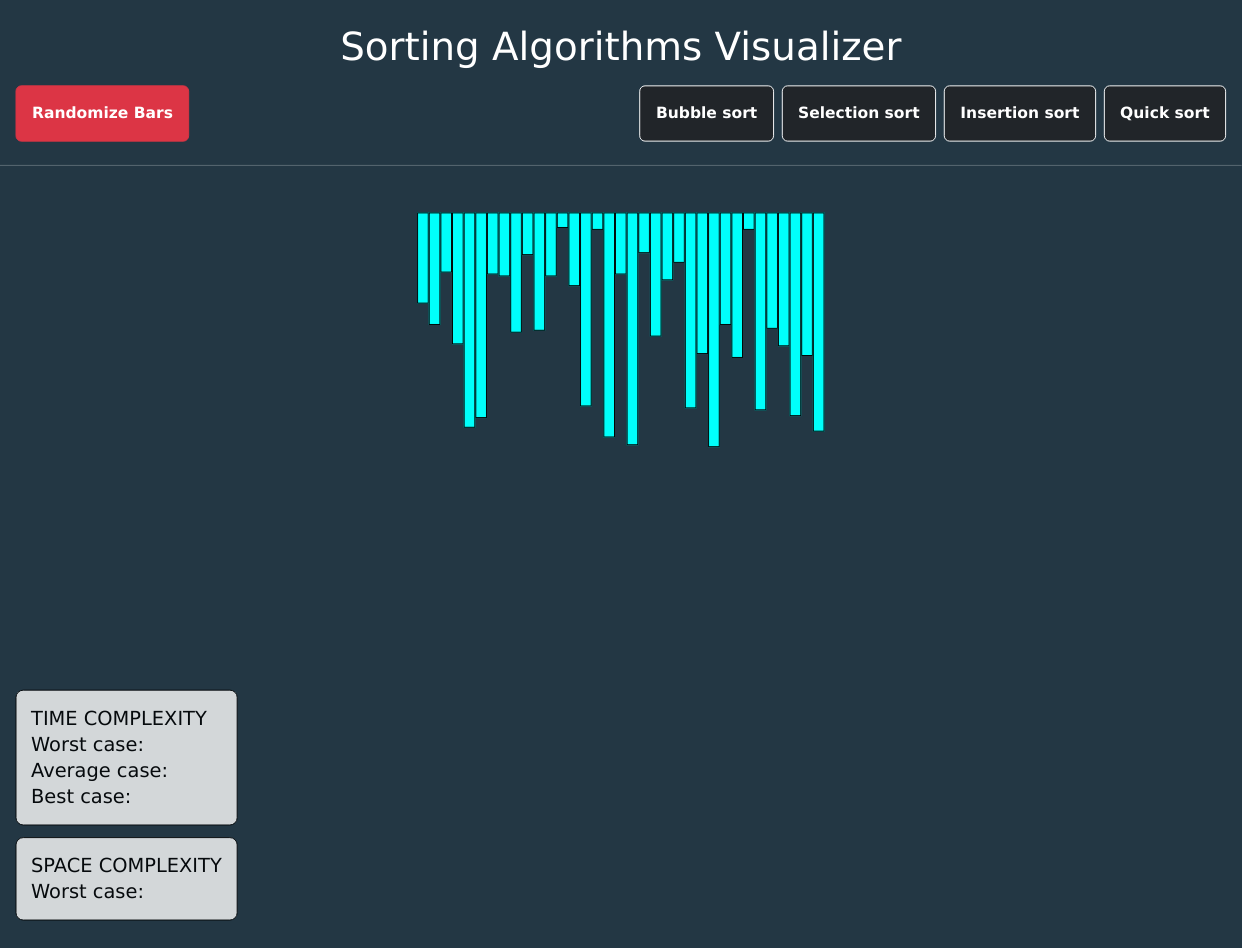
Repository: Vasil1001/Sorting-Algorithms-Visualizer-js
Page: views/index.html
An editor plug-in stored every save of this project. The page is shown before and after the next save, followed by the edit.
The browser window is 1280 px wide. The pictures show the whole page, at 97% of full size.

Above is the page before, as saved 2022-11-05 15:55:34.

### views/index.html
<!doctype html>
<html lang="en">

<head>
  <meta charset="utf-8">
  <meta name="viewport" content="width=device-width, initial-scale=1">

  <title>Sorting Algorithms Visualizer</title>

  <!-- Import css & bootstrap-->
  <link href="https://cdn.jsdelivr.net/npm/bootstrap@5.2.2/dist/css/bootstrap.min.css" rel="stylesheet"
    integrity="sha384-Zenh87qX5JnK2Jl0vWa8Ck2rdkQ2Bzep5IDxbcnCeuOxjzrPF/et3URy9Bv1WTRi" crossorigin="anonymous">
  <link rel="stylesheet" href="/css/base.css">

</head>

<body>

  <h1 align="center" class="mt-4">Sorting Algorithms Visualizer</h1>

  <nav class="navbar navbar-expand-lg">

    <div class="container-fluid">
      <button type="button" class="btn btn-danger mx-1 p-3 " id="new_array" style="color: white;"><b>Randomize Bars </b>
      </button>
      <ul class="navbar-nav">
        <li class="nav-item">
          <button type="button" class="btn btn-dark border-light mx-1 p-3 " id="bubble_sort"
            style="color: white;"><b>Bubble sort</b> </button>
        </li>
        <li class="nav-item">
          <button type="button" class="btn btn-dark border-light mx-1 p-3 " id="selection_sort"
            style="color: rgb(255, 255, 255);">
            <b>Selection sort</b></button>
        </li>
        <li class="nav-item">
          <button type="button" class="btn btn-dark border-light mx-1 p-3 " id="insertion_sort" style="color: white;">
            <b>Insertion sort</b></button>
        </li>
        <li class="nav-item">
          <button type="button" class="btn btn-dark border-light mx-1 p-3 " id="quick_sort" style="color: white;">
            <b>Quick sort</b></button>
        </li>

      </ul>
    </div>
  </nav>

  <hr style="color: white;">

  <h3 align="center" class="mt-4" id="algorithm_running"></h1>

  <div id="bars" class="bars flex-container p-4"></div>

  <div id="boxes">

    <div id="leftbox">
      <div id="box1">
        <h5>TIME COMPLEXITY</h5>
        <div>
          <h5>Worst case: </h5>
          <h5 id="worst_time"></h5>
        </div>
        <div>
          <h5>Average case: </h5>
          <h5 id="average_time"></h5>
        </div>
        <div>
          <h5>Best case: </h5>
          <h5 id="best_time"></h5>
        </div>
      </div>

      <div id="box2">
        <h5>SPACE COMPLEXITY</h5>
        <div>
          <h5>Worst case:</h5>
          <h5 id="space_complexity"></h5>
        </div>
      </div>
    </div>

  </div>


  <!-- Import css & bootstrap-->
  <script src="https://cdn.jsdelivr.net/npm/bootstrap@5.2.2/dist/js/bootstrap.bundle.min.js"
    integrity="sha384-OERcA2EqjJCMA+/3y+gxIOqMEjwtxJY7qPCqsdltbNJuaOe923+mo//f6V8Qbsw3"
    crossorigin="anonymous"></script>

  <script src="/sort_algos_js_files/index.js"></script>

  <script src="/sort_algos_js_files/bubble.js"></script>
  <script src="/sort_algos_js_files/selection.js"></script>
  <script src="/sort_algos_js_files/insertion.js"></script>
  <script src="/sort_algos_js_files/quicksort.js"></script>


</body>

</html>

### css/base.css
body {
    background-color: rgb(35, 55, 68);
    color:white;
    font-size: 18px;
    font-family: 'Lucida Sans', 'Lucida Sans Regular', 'Lucida Grande', 'Lucida Sans Unicode', Geneva, Verdana, sans-serif;
}

.flex-container{
    margin-top: 1px;
    display: flex;
    flex-wrap: nowrap;
    justify-content: center;
    transition: 1.5s all ease;
    width: 100%;
    height: 500px;

}

/* STYLING FOR THE BARS */
.flex-item{
    background: rgb(0, 255, 251);
    border: 1pt solid black;
    width: 12px;
    transition: 0.1s all ease;
}

#leftbox {
    float:left;
    color: black;
    padding: 16px;
}

#box1, #box2 {
    background:white;
    opacity: 0.8;
    border: 1pt solid black;
    border-radius: 8px;
    padding: 15px;
    margin-bottom: 12px;
}

h5 {
    display: inline;
}

### sort_algos_js_files/index.js
let random_array_100 = [];
createBarArray();

function createBarArray() {
    // replace array
    deletePreviousArray()

    // Array to store randomly generated numbers
    random_array_100 = [];
    var numberOfBars = 0;
    let l = 35;

    // get a random number and add it to the array until there are 100 in array
    for (numberOfBars = 0; numberOfBars < l; numberOfBars++) {
        random_array_100.push(Math.round(Math.random() * l * 3.5));
    }
    // print 100 random numbers of the array
    console.log(random_array_100);


    // select the div #bars element
    const bars = document.querySelector("#bars");
    // make bars with height from random array numbers
    for (let i = 0; i < random_array_100.length; i++) {
        // create div bar for each number in the array
        const bar = document.createElement("div");
        bar.style.height = `${random_array_100[i] * 2}px`;
        bar.classList.add('bar');
        bar.classList.add('flex-item');
        bar.classList.add(`barNo${i}`);
        bars.appendChild(bar);
    }
}

function deletePreviousArray() {
    const bar = document.querySelector("#bars");
    bar.innerHTML = '';
}

document.getElementById("new_array").addEventListener("click", function () {
    createBarArray();
});

function swap(element1, element2) {
    //https://www.geeksforgeeks.org/bubble-sort/
    let temp = element1.style.height;
    element1.style.height = element2.style.height;
    element2.style.height = temp;
}

// disable all the buttons or if button is pressed again algo will bug out
function disableButtonsOnSortRun() {
    document.getElementById("new_array").disabled = true;

    document.getElementById("bubble_sort").disabled = true;
    document.getElementById("selection_sort").disabled = true;
    document.getElementById("insertion_sort").disabled = true;
    document.getElementById("quick_sort").disabled = true;
}

function enableButtonsAfterSortRun() {
    document.getElementById("new_array").disabled = false;

    document.getElementById("bubble_sort").disabled = false;
    document.getElementById("selection_sort").disabled = false;
    document.getElementById("insertion_sort").disabled = false;
    document.getElementById("quick_sort").disabled = false;
}

### sort_algos_js_files/bubble.js
async function bubbleSort() {

    // Algo name
    document.getElementById("algorithm_running").innerText = "Bubble Sort";

    //Setting Time complexities
    document.getElementById("worst_time").innerText = "O(N^2)";
    document.getElementById("average_time").innerText = "Θ(N^2)";
    document.getElementById("best_time").innerText = "Ω(N)";

    //Setting Space complexity
    document.getElementById("space_complexity").innerText = "O(1)";

    console.log('bubble sort clicked');
    // get the bars from index
    const barsArray = document.querySelectorAll(".bar");

    for (let i = 0; i < barsArray.length - 1; i++) {
        console.log("In first i loop");

        for (j = 0; j < barsArray.length - i - 1; j++) {
            console.log("In j loop");
            barsArray[j].style.background = 'blue';
            barsArray[j + 1].style.background = 'blue';

            if (parseInt(barsArray[j].style.height) > parseInt(barsArray[j + 1].style.height)) {
                console.log("If barsArray 1 > barsArray 2 swap them");
                await new Promise(r => setTimeout(r, 50));
                swap(barsArray[j], barsArray[j + 1]);
            }
            barsArray[j].style.background = 'cyan';
            barsArray[j + 1].style.background = 'cyan';
        }
        barsArray[barsArray.length - 1 - i].style.background = 'pink';
    }
    barsArray[0].style.background = 'pink';
}


document.getElementById("bubble_sort").addEventListener("click", async function () {
    disableButtonsOnSortRun();
    await bubbleSort();
    enableButtonsAfterSortRun();

});

### sort_algos_js_files/selection.js
async function selectionSort() {

    // Algo name
    document.getElementById("algorithm_running").innerText = "Selection Sort";

    //Setting Time complexities
    document.getElementById("worst_time").innerText = "O(N^2)";
    document.getElementById("average_time").innerText = "Θ(N^2)";
    document.getElementById("best_time").innerText = "Ω(N^2)";

    //Setting Space complexity
    document.getElementById("space_complexity").innerText = "O(1)";

    console.log('bubble sort clicked');
    // get the bars from index
    const barsArray = document.querySelectorAll(".bar");

    // One by one move boundary of unsorted subarray
    for (let i = 0; i < barsArray.length; i++) {
        console.log("In first i loop");
        // Find the minimum barsArray in unsorted array
        let min_idx = i;
        //mark the smallest height in blue bar
        barsArray[i].style.background = 'blue';

        for (let j = i + 1; j < barsArray.length; j++) {
            console.log("In j loop");
            // Change color for the current comparision (in consideration for min_index)
            barsArray[j].style.background = 'red';

            await new Promise(r => setTimeout(r, 50));
            if (parseInt(barsArray[j].style.height) < parseInt(barsArray[min_idx].style.height)) {
                console.log("If barsArray 1 < current smallest barsArray change current smalest");
                if (min_idx !== i) {
                    //  there is a new minimum so change last to normal cyan
                    barsArray[min_idx].style.background = 'cyan';
                }
                min_idx = j;
            }
            else {
                barsArray[j].style.background = 'cyan';
            }
        }
        await new Promise(r => setTimeout(r, 50));
        swap(barsArray[min_idx], barsArray[i]);

        // color mid index blue after reset as it has been swapped
        barsArray[min_idx].style.background = 'cyan';

        // change the sorted bar color to green
        barsArray[i].style.background = 'green';
    }
}


document.getElementById("selection_sort").addEventListener("click", async function () {
    disableButtonsOnSortRun();
    await selectionSort();
    enableButtonsAfterSortRun();

});

### sort_algos_js_files/insertion.js
async function insertionSort() {

    // Algo name
    document.getElementById("algorithm_running").innerText = "Insertion Sort";

    //Setting Time complexities
    document.getElementById("worst_time").innerText = "O(N^2)";
    document.getElementById("average_time").innerText = "Θ(N^2)";
    document.getElementById("best_time").innerText = "Ω(N)";

    //Setting Space complexity
    document.getElementById("space_complexity").innerText = "O(1)";

    console.log('insertion sort clicked');

    // get the bars from index
    const barsArray = document.querySelectorAll(".bar");
    barsArray[0].style.background = 'green';

    for (let i = 1; i < barsArray.length; i++) {
        console.log("In first i loop");

        let key = barsArray[i].style.height;
        let j = i - 1;

        barsArray[i].style.background = 'blue';

        await new Promise(r => setTimeout(r, 50));

        while (j >= 0 && (parseInt(barsArray[j].style.height) > parseInt(key))) {
            console.log("In j loop");
            barsArray[j].style.background = 'blue';
            barsArray[j + 1].style.height = barsArray[j].style.height;
            j--;

            await new Promise(r => setTimeout(r, 50));

            // color sorted side
            for (let k = i; k >= 0; k--) {
                barsArray[k].style.background = 'yellow';
            }
        }
        barsArray[j + 1].style.height = key;
        barsArray[i].style.background = 'yellow';

    }
}


document.getElementById("insertion_sort").addEventListener("click", async function () {
    disableButtonsOnSortRun();
    await insertionSort();
    enableButtonsAfterSortRun();

});

### sort_algos_js_files/quicksort.js
async function partition(barsArray, low, high) {
    let i = (low - 1);

    barsArray[high].style.background = 'red';

    for (let j = low; j <= high - 1; j++) {
        barsArray[j].style.background = 'yellow';

        await new Promise(r => setTimeout(r, 50));

        if (parseInt(barsArray[j].style.height) < parseInt(barsArray[high].style.height)) {
            i++;
            swap(barsArray[i], barsArray[j]);

            barsArray[i].style.background = 'orange';
            await new Promise(r => setTimeout(r, 50));
        } else {
            // color if not less than pivot
            barsArray[j].style.background = 'blue';
        }
    }
    i++;
    await new Promise(r => setTimeout(r, 50));
    swap(barsArray[i], barsArray[high])

    barsArray[high].style.background = 'blue';
    barsArray[low].style.background = 'green';

    await new Promise(r => setTimeout(r, 50));

    // color
    for (let k = 0; k < barsArray.length; k++) {
        if (barsArray[k].style.background != 'green')
            barsArray[k].style.background = 'green';
    }
    return i;
}

async function quickSort(barsArray, low, high) {
    // Algo name
    document.getElementById("algorithm_running").innerText = "Quick Sort";

    //Setting Time complexities
    document.getElementById("worst_time").innerText = "O(N^2)";
    document.getElementById("average_time").innerText = "Θ(N log N)";
    document.getElementById("best_time").innerText = "Ω(N log N)";

    //Setting Space complexity
    document.getElementById("space_complexity").innerText = "O(log N)";


    if (low < high) {
        let pivot_index = await partition(barsArray, low, high);
        await quickSort(barsArray, low, pivot_index - 1);
        await quickSort(barsArray, pivot_index + 1, high);
    } else {
        if (low >= 0 && high >= 0 && low < barsArray.length && high < barsArray.length) {
            barsArray[high].style.background = 'green';
            barsArray[low].style.background = 'green';
        }
    }
}

document.getElementById("quick_sort").addEventListener("click", async function () {
    let barsArray = document.querySelectorAll('.bar');
    let low = 0;
    let high = barsArray.length - 1;

    disableButtonsOnSortRun();
    await quickSort(barsArray, low, high);
    enableButtonsAfterSortRun();
});

After the next save:
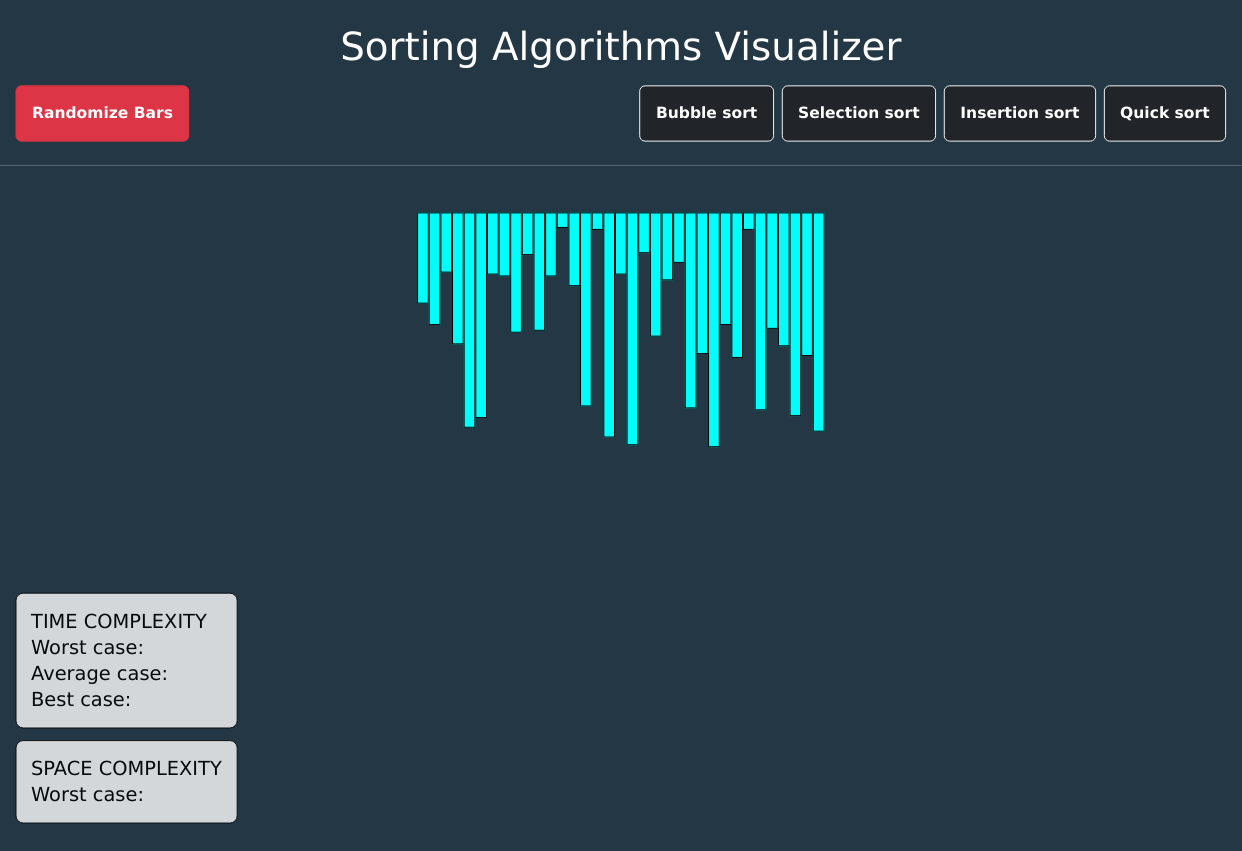
Saved 59 s later.
--- a/css/base.css
+++ b/css/base.css
@@ -12,7 +12,7 @@ body {
     justify-content: center;
     transition: 1.5s all ease;
     width: 100%;
-    height: 500px;
+    height: 400px;
 
 }
 
